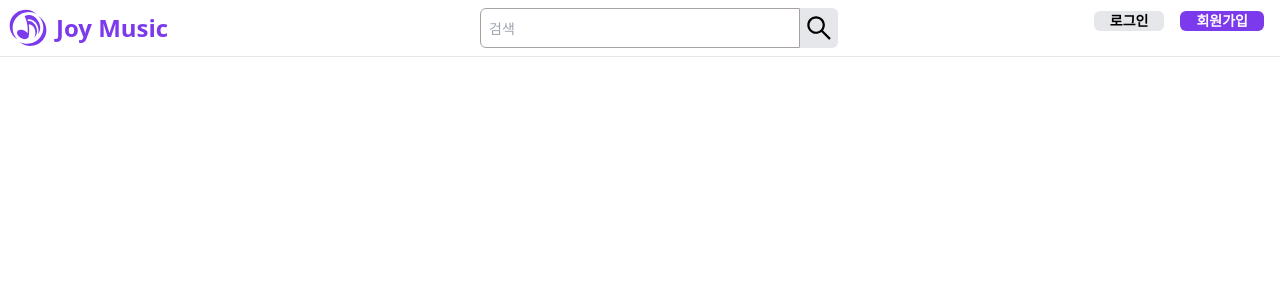
Repository: momo0170/streaming
Page: /
The author's editor kept a copy of each file at every save. The page is drawn from the files as they stood at one save, then again after the next save.
The browser window is 1280 px wide. The pictures show the whole page.
The project was rebuilt for these pictures with package versions that can differ from the ones it lists, and the page was loaded fresh each time. Also part of the build but not shown: src/App.css.

Above is the page before, as saved 2023-09-18 18:32:34.

### src/index.js
import React from 'react';
import ReactDOM from 'react-dom/client';
import './index.css';
import App from './App';
import { RouterProvider, createBrowserRouter } from 'react-router-dom';

const router = createBrowserRouter([
  {
    path: '/',
    element: <App />,
  },
]);
const root = ReactDOM.createRoot(document.getElementById('root'));
root.render(
  <RouterProvider router={router}>
    <App />
  </RouterProvider>
);

### src/index.css
/* index.css 📂 */

@tailwind base;
@tailwind components;
@tailwind utilities;

### src/App.js
import './App.css';
import Header from './components/Header';

function App() {
  return (
    <>
      <Header />
    </>
  );
}

export default App;

### src/components/Header.jsx
import React from 'react';
import { GiMusicSpell } from 'react-icons/gi';
import { AiOutlineSearch } from 'react-icons/ai';
import { Link } from 'react-router-dom';

export default function Header() {
  return (
    <header className="flex justify-between p-2 border-b">
      <Link to="/" className="flex items-center">
        <GiMusicSpell
          size="40"
          color="#7c3aed"
          className="hover:animate-spin"
        />
        <div className="text-violet-600 text-2xl ml-2 font-bold">Joy Music</div>
      </Link>
      <form className="flex transform translate-x-8">
        <input
          type="text"
          placeholder="검색"
          className="rounded-l-md border border-stone-400 p-1 px-2 focus:shadow-inner2 outline-none focus:border-violet-600 placeholder:text-sm hover:shadow-hoverInput hover:border-hoverInput w-80"
        />
        <button className="bg-gray-200 p-1 rounded-r-md box-border hover:bg-gray-300">
          <AiOutlineSearch size="30" />
        </button>
      </form>
      <div className="">
        <button className="bg-gray-200 mx-2 px-4 rounded-md text-sm font-semibold hover:bg-gray-300">
          로그인
        </button>
        <button className="bg-violet-600 text-white mx-2 px-4 rounded-md text-sm font-semibold hover:bg-violet-700">
          회원가입
        </button>
      </div>
    </header>
  );
}

### tailwind.config.js
/** @type {import('tailwindcss').Config} */
module.exports = {
  content: ['./src/**/*.{js,jsx,ts,tsx}'],
  theme: {
    extend: {
      borderWidth: {
        1.5: '1.5px',
      },
      boxShadow: {
        inner2: '0 0 0 1.5px #7c3aed inset',
        hoverInput: '0 0 0 1px #ABABAB inset',
      },
      borderColor: {
        hoverInput: '#ABABAB',
      },
    },
  },
  plugins: [],
};

Loaded but not shown: public/index.html (common file)

After the next save:
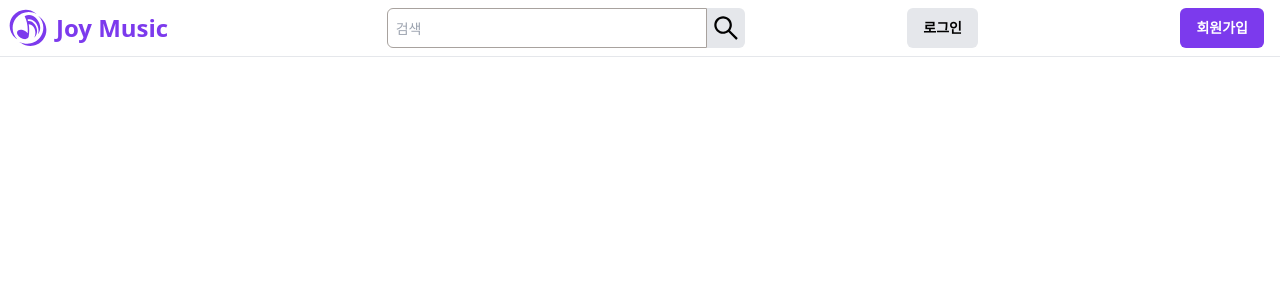
Saved 26 s later.
--- a/src/components/Header.jsx
+++ b/src/components/Header.jsx
@@ -24,14 +24,12 @@
           <AiOutlineSearch size="30" />
         </button>
       </form>
-      <div className="">
-        <button className="bg-gray-200 mx-2 px-4 rounded-md text-sm font-semibold hover:bg-gray-300">
-          로그인
-        </button>
-        <button className="bg-violet-600 text-white mx-2 px-4 rounded-md text-sm font-semibold hover:bg-violet-700">
-          회원가입
-        </button>
-      </div>
+      <button className="bg-gray-200 mx-2 px-4 rounded-md text-sm font-semibold hover:bg-gray-300">
+        로그인
+      </button>
+      <button className="bg-violet-600 text-white mx-2 px-4 rounded-md text-sm font-semibold hover:bg-violet-700">
+        회원가입
+      </button>
     </header>
   );
 }

After the save that followed:
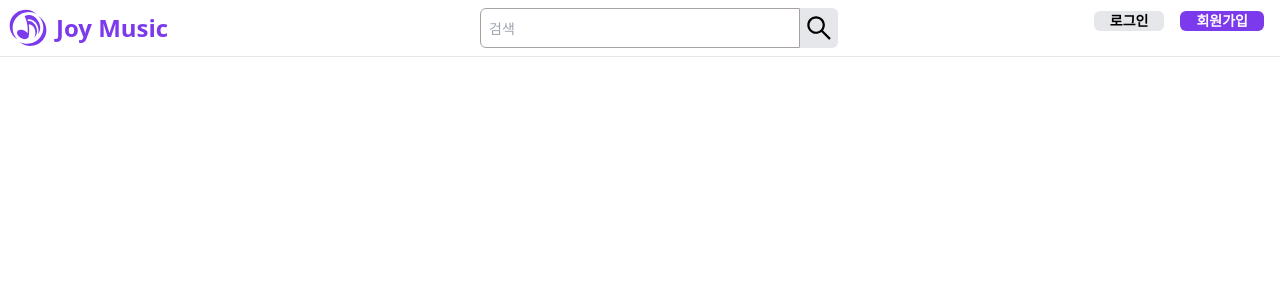
Saved 8 s later.
--- a/src/components/Header.jsx
+++ b/src/components/Header.jsx
@@ -24,12 +24,14 @@
           <AiOutlineSearch size="30" />
         </button>
       </form>
-      <button className="bg-gray-200 mx-2 px-4 rounded-md text-sm font-semibold hover:bg-gray-300">
-        로그인
-      </button>
-      <button className="bg-violet-600 text-white mx-2 px-4 rounded-md text-sm font-semibold hover:bg-violet-700">
-        회원가입
-      </button>
+      <div>
+        <button className="bg-gray-200 mx-2 px-4 rounded-md text-sm font-semibold hover:bg-gray-300">
+          로그인
+        </button>
+        <button className="bg-violet-600 text-white mx-2 px-4 rounded-md text-sm font-semibold hover:bg-violet-700">
+          회원가입
+        </button>
+      </div>
     </header>
   );
 }
